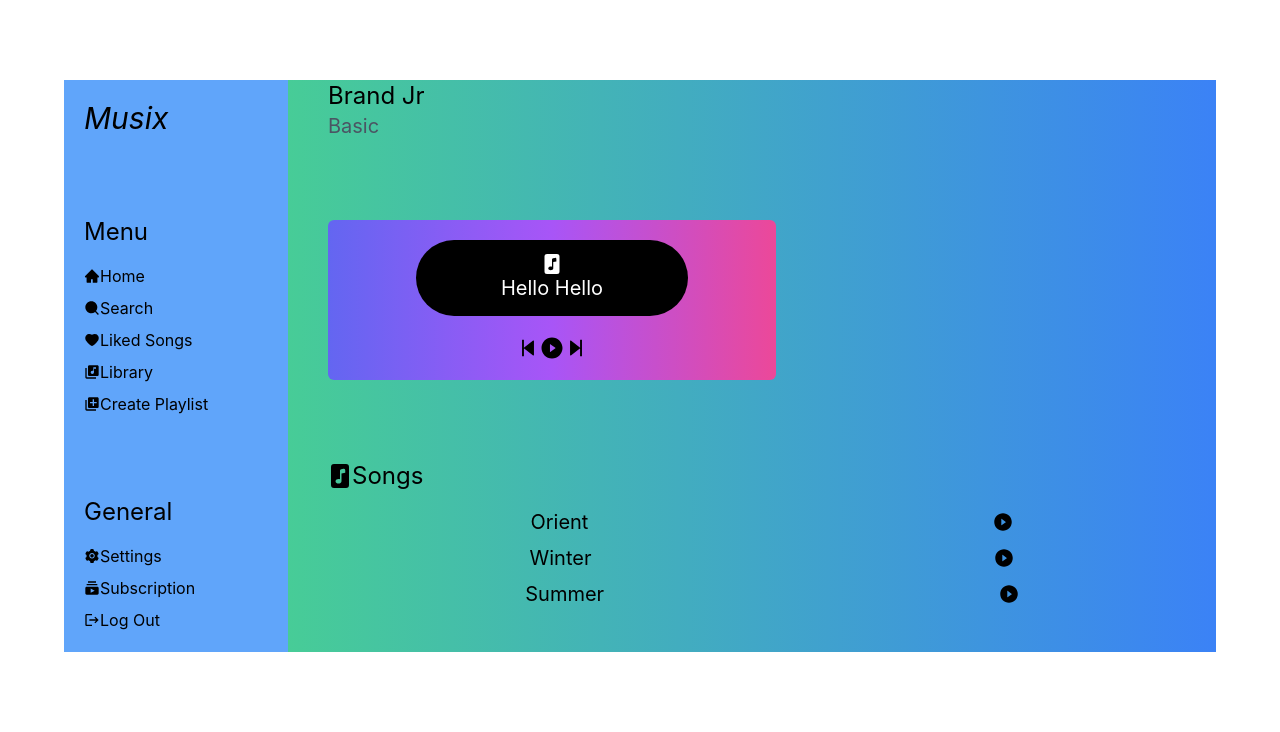
Repository: brandford7/music-player
Page: /
An editor plug-in stored every save of this project. The page is shown before and after a run of saves, followed by the edit.
The browser window is 1280 px wide. The pictures show the whole page.
The project was rebuilt for these pictures with package versions that can differ from the ones it lists, and the page was loaded fresh each time. The framework's server and built-in components were replaced by stand-ins that run in the browser. Also part of the build but not shown: next.config.js.

Above is the page before, as saved 2022-11-18 13:07:23.

### pages/index.js
import Head from "next/head";
import Image from "next/image";
import { MusicCard, Sidebar, SongList, UserAvatar } from "../components";

export default function Home() {
  return (
    <div className="flex mx-auto max-w-6xl my-20 space-x-10 bg-gradient-to-r from-green-400 to-blue-500">
      <Head>
        <title>Music Player</title>
        <meta name="description" content="Generated by create next app" />
        <link rel="icon" href="/favicon.ico" />
      </Head>
      <aside>
        <Sidebar />
      </aside>
      <main className="flex flex-col flex-1 space-y-20">
        <UserAvatar name="Brand Jr" subscription="Basic" />
        <MusicCard title="Hello Hello" />
        <SongList />
      </main>
    </div>
  );
}

### styles/globals.css
@tailwind base;
@tailwind components;
@tailwind utilities;



html,
body {
  padding: 0;
  margin: 0;
  font-family: -apple-system, BlinkMacSystemFont, Segoe UI, Roboto, Oxygen,
    Ubuntu, Cantarell, Fira Sans, Droid Sans, Helvetica Neue, sans-serif;
}

a {
  color: inherit;
  text-decoration: none;
}

* {
  box-sizing: border-box;
}

@media (prefers-color-scheme: dark) {
  html {
    color-scheme: dark;
  }
  body {
    color: white;
    background: black;
  }
}

### components/index.js
export { default as Sidebar } from './Sidebar';
export { default as UserAvatar } from './UserAvatar';
export { default as MusicCard } from './MusicCard';
export { default as MusicButton } from './MusicButton';
export { default as SongList } from './SongList';

### components/Sidebar.jsx
import React from "react";
import { AiFillHome, AiFillHeart, AiFillSetting } from "react-icons/ai";
import {
  MdLibraryMusic,
  MdLibraryAdd,
  MdLogout,
  MdSubscriptions,
} from "react-icons/md";
import { RiSearchFill } from "react-icons/ri";

const Sidebar = () => {
  return (
    <div className="flex flex-col space-y-20 bg-blue-400 p-5  w-56">
      <section>
        <h1 className="text-3xl italic">Musix</h1>
      </section>
      <section>
        <h2 className="mb-4 text-2xl">Menu</h2>
        <ul className="space-y-2">
          <li className="flex items-center ">
            <AiFillHome />
            Home
          </li>
          <li className="flex items-center ">
            <RiSearchFill />
            Search
          </li>
          <li className="flex items-center ">
            <AiFillHeart />
            Liked Songs
          </li>
          <li className="flex items-center ">
            <MdLibraryMusic />
            Library
          </li>
          <li className="flex items-center ">
            <MdLibraryAdd />
            Create Playlist
          </li>
        </ul>
      </section>
      <section>
        <h2 className="mb-4 text-2xl">General</h2>
        <ul className="space-y-2">
          <li className="flex items-center ">
            <AiFillSetting />
            Settings
          </li>
          <li className="flex items-center ">
            <MdSubscriptions />
            Subscription
          </li>
          <li className="flex items-center ">
            <MdLogout />
            Log Out
          </li>
        </ul>
      </section>
    </div>
  );
};

export default Sidebar;

### components/UserAvatar.jsx
import React from "react";

const UserAvatar = ({ image, name, subscription }) => {
  return (
    <div className="flex flex-col">
      <img src={image} alt="" />
      <h2 className="text-2xl">{name}</h2>
      <p className="text-gray-600 text-xl"> {subscription}</p>
    </div>
  );
};

export default UserAvatar;

### components/MusicCard.jsx
import React from "react";
import { BsFillFileMusicFill } from "react-icons/bs";
import MusicButton from "./MusicButton";
import {
  AiFillPlayCircle,
  AiFillStepBackward,
  AiFillStepForward,
} from "react-icons/ai";

const MusicCard = ({ title }) => {
  return (
    <div className=" flex flex-col items-center space-y-5 p-5 max-w-md rounded-md h-40 w-4/5 bg-gradient-to-r from-indigo-500 via-purple-500 to-pink-500">
      <section className="flex flex-col items-center justify-center space-y-2 rounded-full h-3/4 w-2/3 bg-black text-white text-xl">
        <BsFillFileMusicFill />
        {title}
      </section>
      <section className="flex items-center justify-center text-2xl">
        <MusicButton icon={<AiFillStepBackward />} />
        <MusicButton icon={<AiFillPlayCircle />} />
        <MusicButton icon={<AiFillStepForward />} />
      </section>
    </div>
  );
};

export default MusicCard;

### components/MusicButton.jsx
import React from 'react'

const MusicButton = ({icon}) => {
  return (
      <div>{icon}</div>
  )
}

export default MusicButton

### components/SongList.jsx
import React from "react";
import { BsFillFileMusicFill } from "react-icons/bs";
import { AiFillPlayCircle } from "react-icons/ai";
import MusicButton from "./MusicButton";

const SongList = () => {
  return (
    <div>
      <h1 className="flex items-center space-x-5 text-2xl mb-4">
        <BsFillFileMusicFill />
        Songs
      </h1>
      <section>
        <ul className="flex flex-col text-xl space-y-2">
          <li className="flex items-center justify-around ">
            Orient <MusicButton icon={<AiFillPlayCircle />} />
          </li>
          <li className="flex items-center justify-around ">
            Winter <MusicButton icon={<AiFillPlayCircle />} />
          </li>
          <li className="flex items-center justify-around ">
            Summer <MusicButton icon={<AiFillPlayCircle />} />
          </li>
        </ul>
      </section>
    </div>
  );
};

export default SongList;

Loaded but not shown: pages/_app.js (common file); tailwind.config.js (common file)

After the next 2 saves:
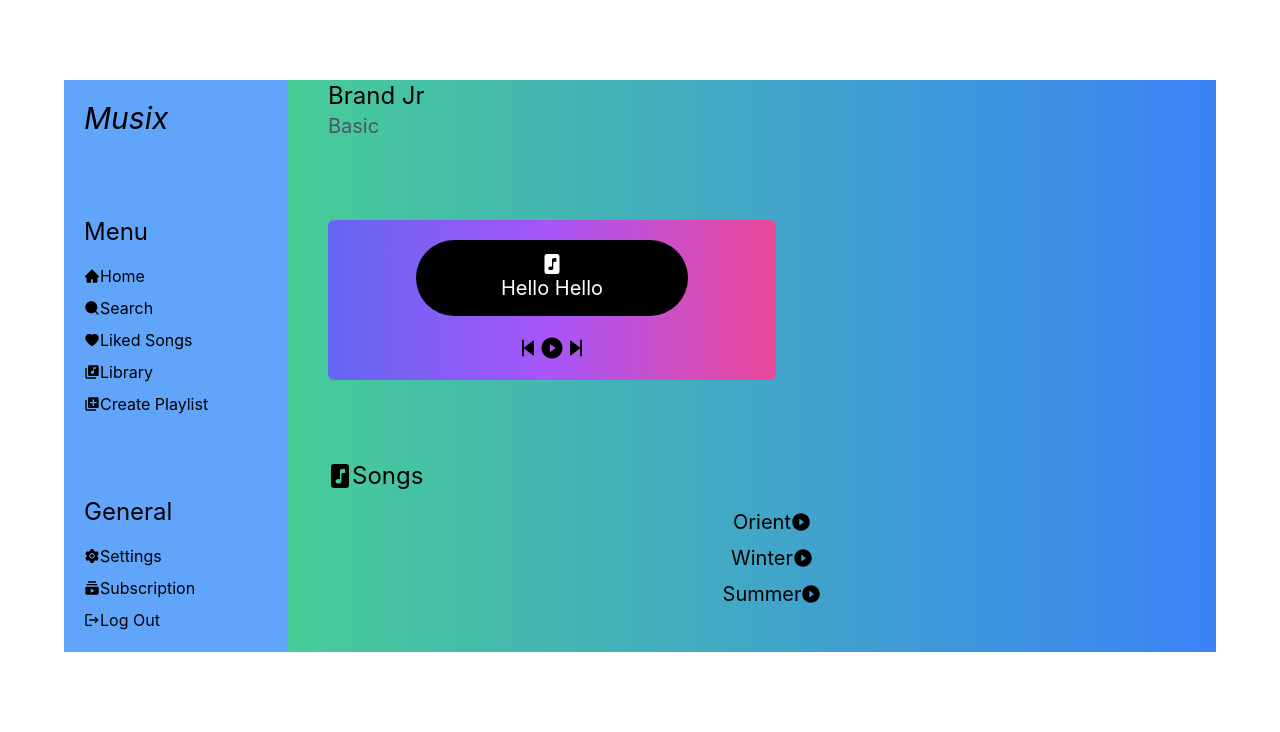
The 2 saves are shown as one change because they came seconds apart.
The last was saved 21 s later.
--- a/components/SongList.jsx
+++ b/components/SongList.jsx
@@ -11,7 +11,7 @@ const SongList = () => {
         Songs
       </h1>
       <section>
-        <ul className="flex flex-col text-xl space-y-2">
+        <ul className="flex flex-col items-center text-xl space-y-2">
           <li className="flex items-center justify-around ">
             Orient <MusicButton icon={<AiFillPlayCircle />} />
           </li>
